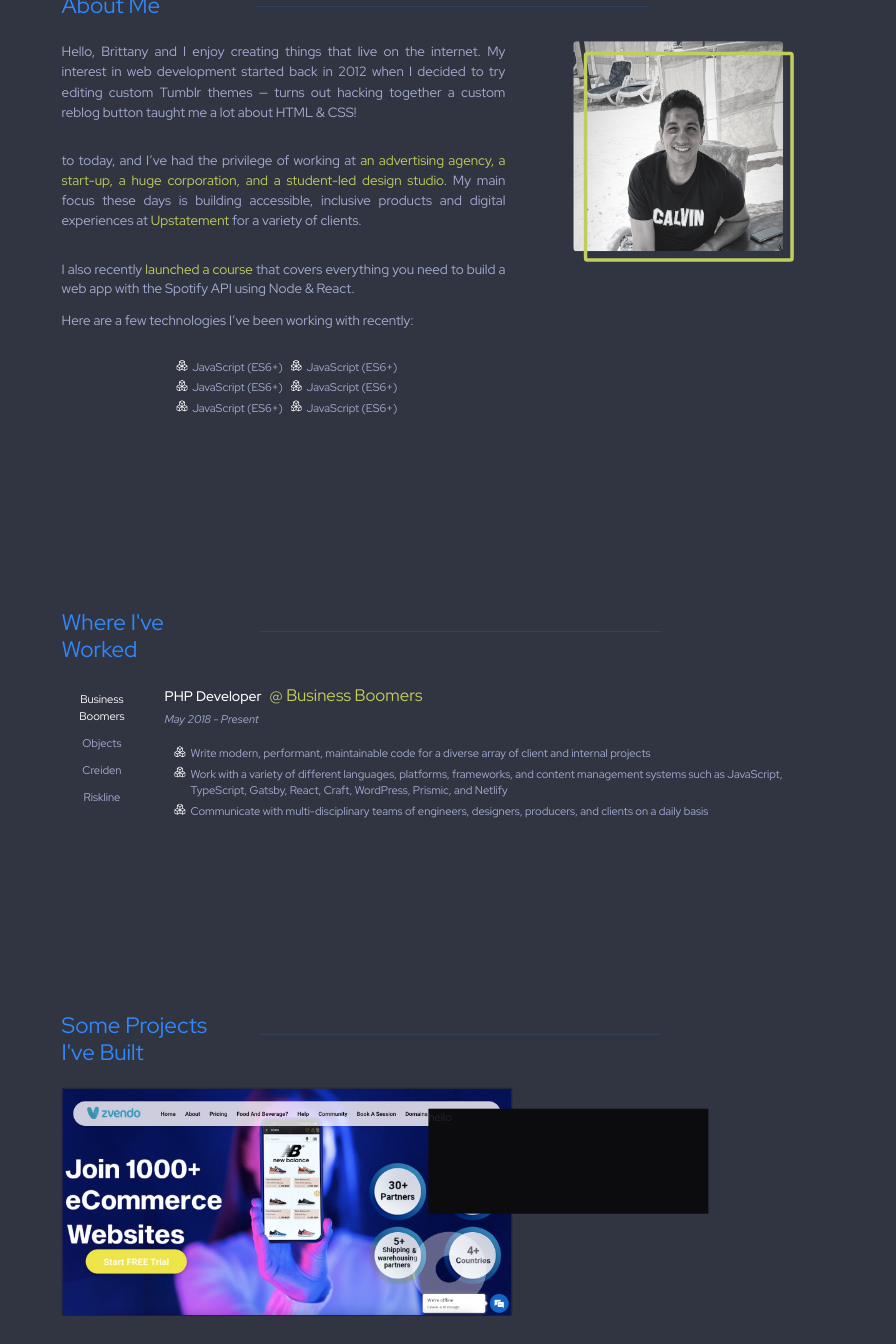
Repository: aya7abbal/Talaat-s-Portfolio
Page: index.html
These files come from the project's save history. The page is drawn as it stood at one moment and after the next save; the edit follows.
The browser window is 1280 px wide. The pictures show the part of the page from y = 897 to 2817 px (the page is 2817 px tall), at 70% of full size.
Some web libraries are served in a nearby version. The style sheet was rebuilt from its Sass, Less or Tailwind sources for each picture, by a compiler version that may differ from the author's.

Above is the page before, as saved 2022-02-07 18:59:44.

After the next save:
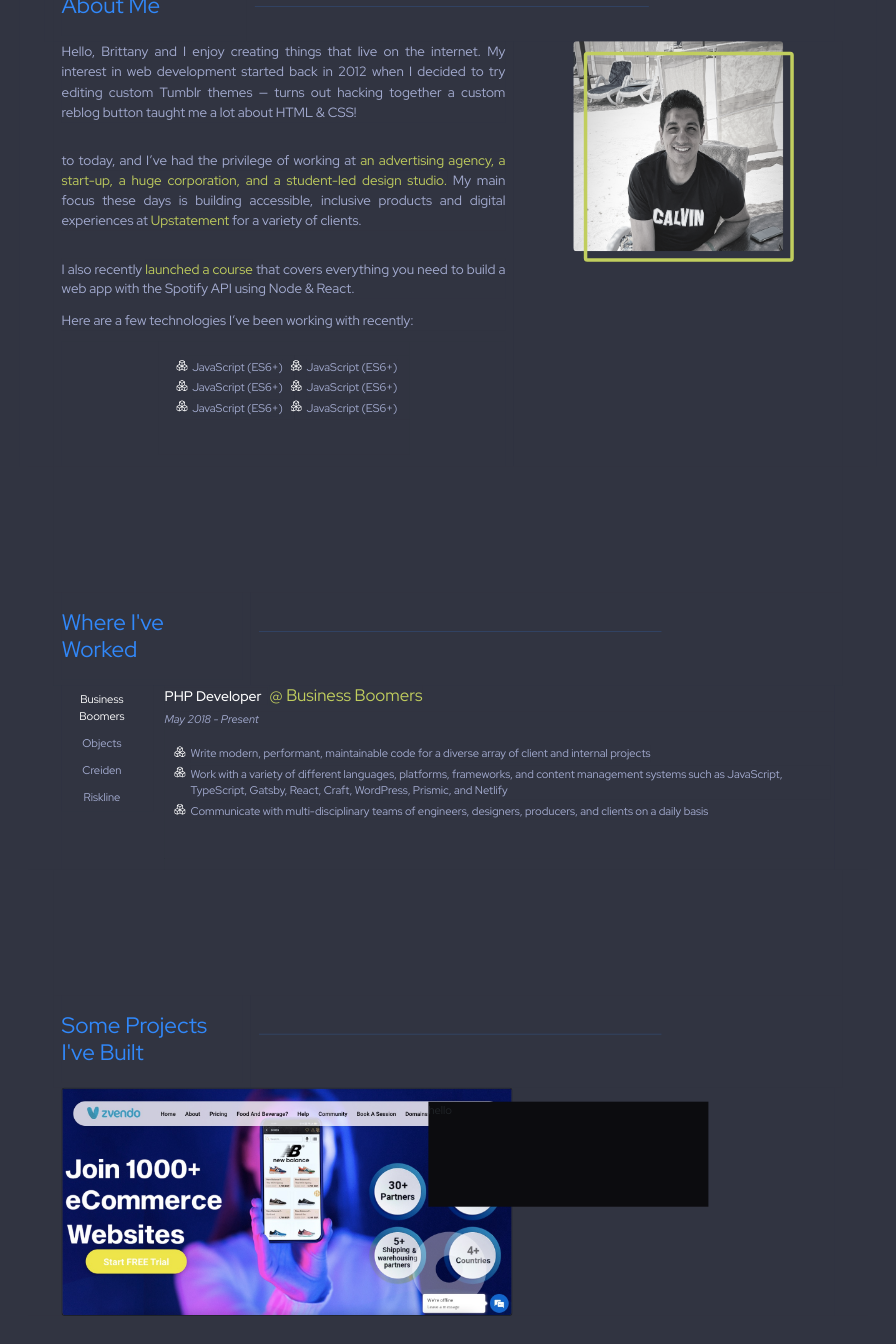
Saved 29 s later.
--- a/styles/components/_projects.scss
+++ b/styles/components/_projects.scss
@@ -9,5 +9,5 @@
     background-color: rgb(12, 12, 15);
     height:150px;
     width: 400px;
-    transform: translate(-120px,30px);
+    transform: translate(-120px,20px);
 }
